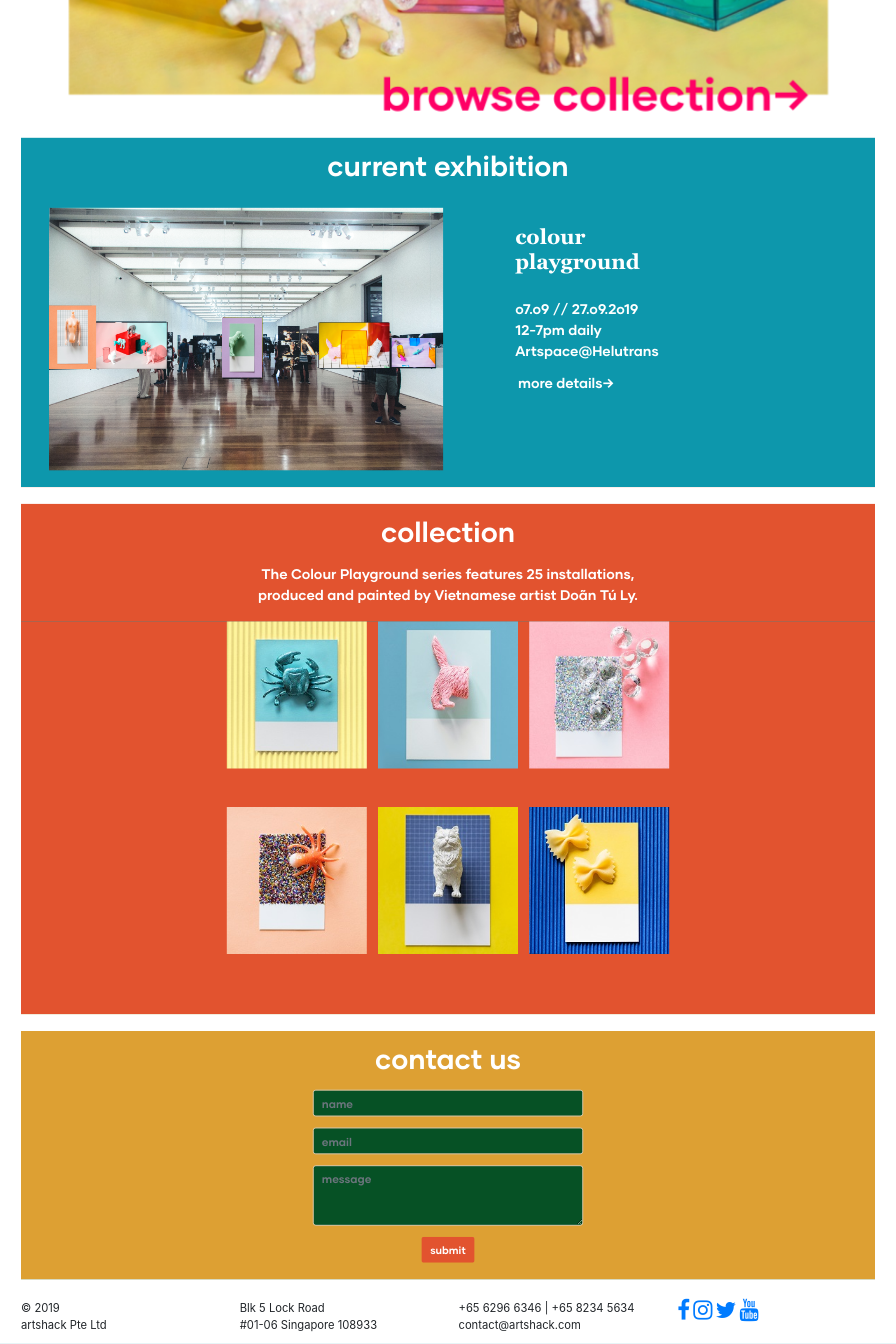
Repository: lynette-lyf/artshack
Page: index.html
The author's editor kept a record of every edit. The page is drawn from the files as they stood at one moment, then again after the next edit.
The browser window is 1280 px wide. The pictures show the part of the page from y = 867 to 2787 px (the page is 2787 px tall before and 2769 px after), at 70% of full size.

Above is the page before.

After the next edit:
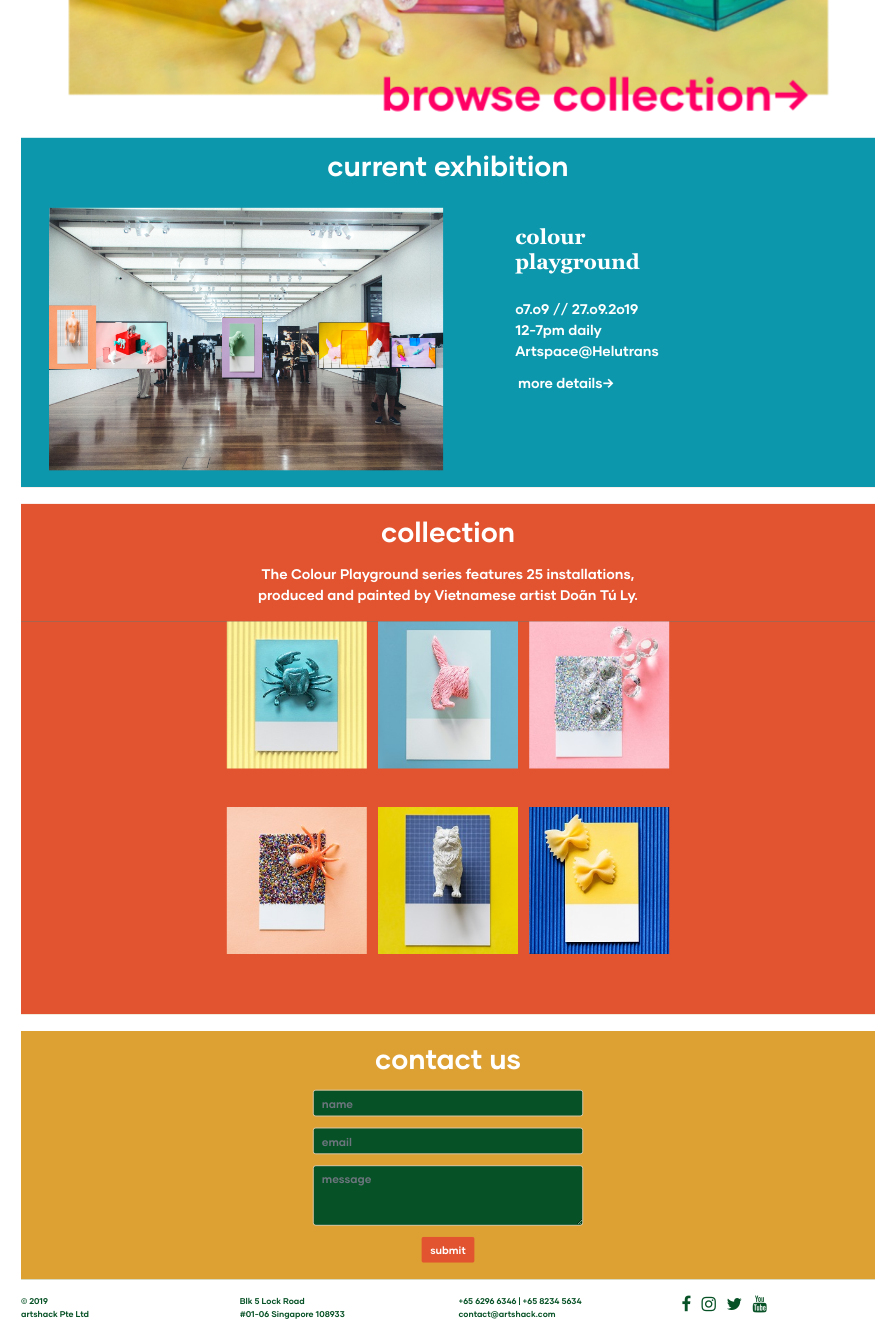
The edit:
--- a/index.html
+++ b/index.html
@@ -261,6 +261,22 @@
     .btn:focus {
       color: orange;
     }
+
+  .container-fluid-footer{
+  font-family: GilmerBold;
+  font-size: 12px;
+  color: rgb(6,81,37);
+}
+
+.container-fluid-footer #socials a {
+  text-decoration: none;
+  color: rgb(6,81,37);
+  margin: 6px;
+}
+
+.container-fluid-footer #socials a:hover {
+  color: rgb(221,160,51);
+}
   </style>
   </head>
 
